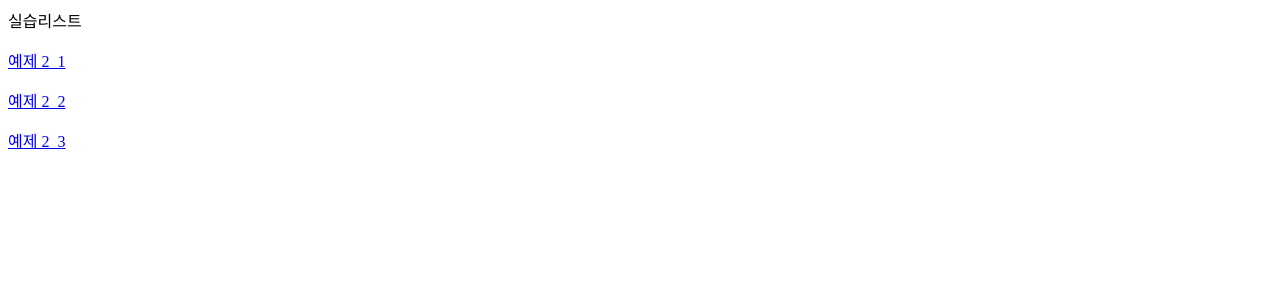
Repository: pjongbum/JSP
Page: http://localhost/jsbook/
These files come from the project's save history. The page is drawn as it stood at one moment and after the next save; the edit follows.
The browser window is 1280 px wide. The pictures show the whole page.
The page is served by Tomcat 10. Other server files are loaded and not shown.

Above is the page before, as saved 2024-10-08 01:01:20.

### jsbook/src/main/webapp/index.jsp
<%@ page language="java" contentType="text/html; charset=UTF-8"
    pageEncoding="UTF-8"%>
<!DOCTYPE html>
<html>
<head>
<meta charset="UTF-8">
<title>Insert title here</title>
</head>
<body>
실습리스트
<p><a href = "2_1">예제 2_1</a></p>
<p><a href = "2_2">예제 2_2</a></p>
<p><a href = "2_3">예제 2_3</a></p>
</body>
</html>

After the next save:
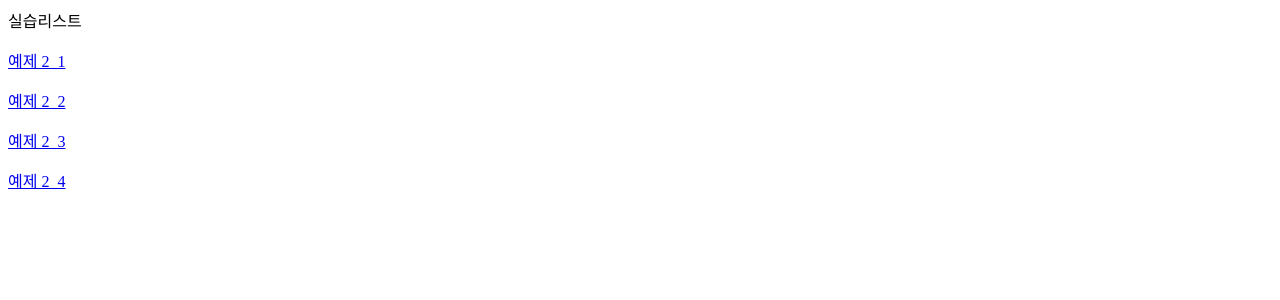
Saved 23 min 48 s later.
--- a/jsbook/src/main/webapp/index.jsp
+++ b/jsbook/src/main/webapp/index.jsp
@@ -11,5 +11,6 @@
 <p><a href = "2_1">예제 2_1</a></p>
 <p><a href = "2_2">예제 2_2</a></p>
 <p><a href = "2_3">예제 2_3</a></p>
+<p><a href = "2_4">예제 2_4</a></p>
 </body>
 </html>
